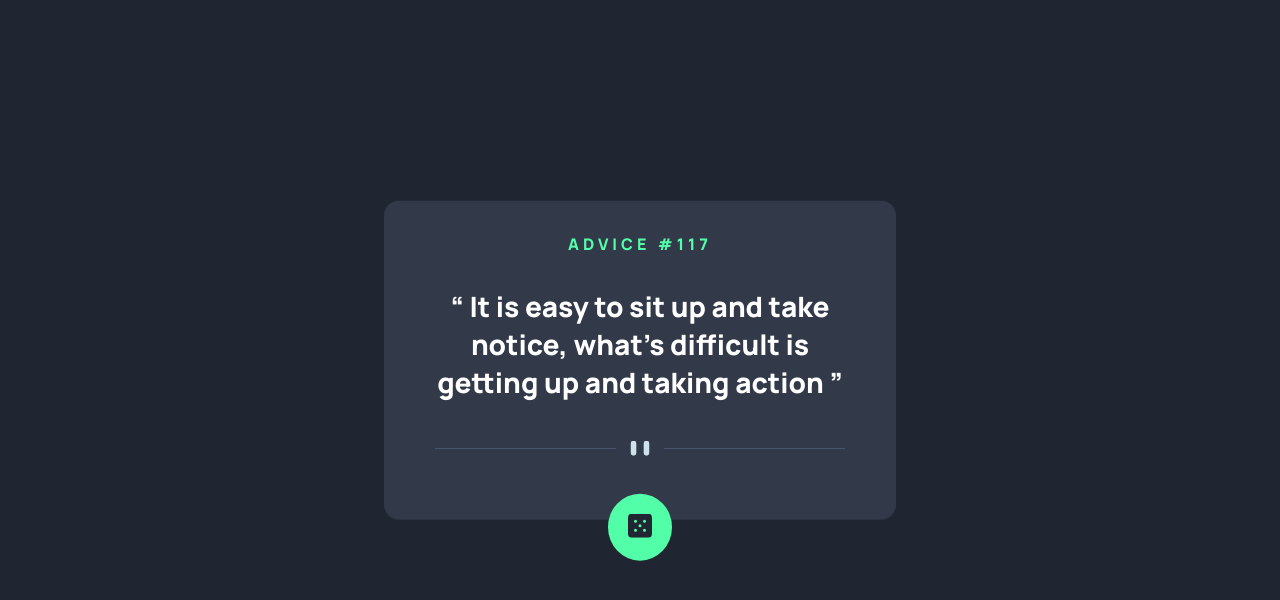
Repository: WindOfCodes/advice-generator-app
Page: index.html
The author's editor kept a copy of each file at every save. The page is drawn from the files as they stood at one save, then again after a run of saves.
The browser window is 1280 px wide. The pictures show the whole page.

Above is the page before, as saved 2022-11-29 12:57:24.

After the next 6 saves:
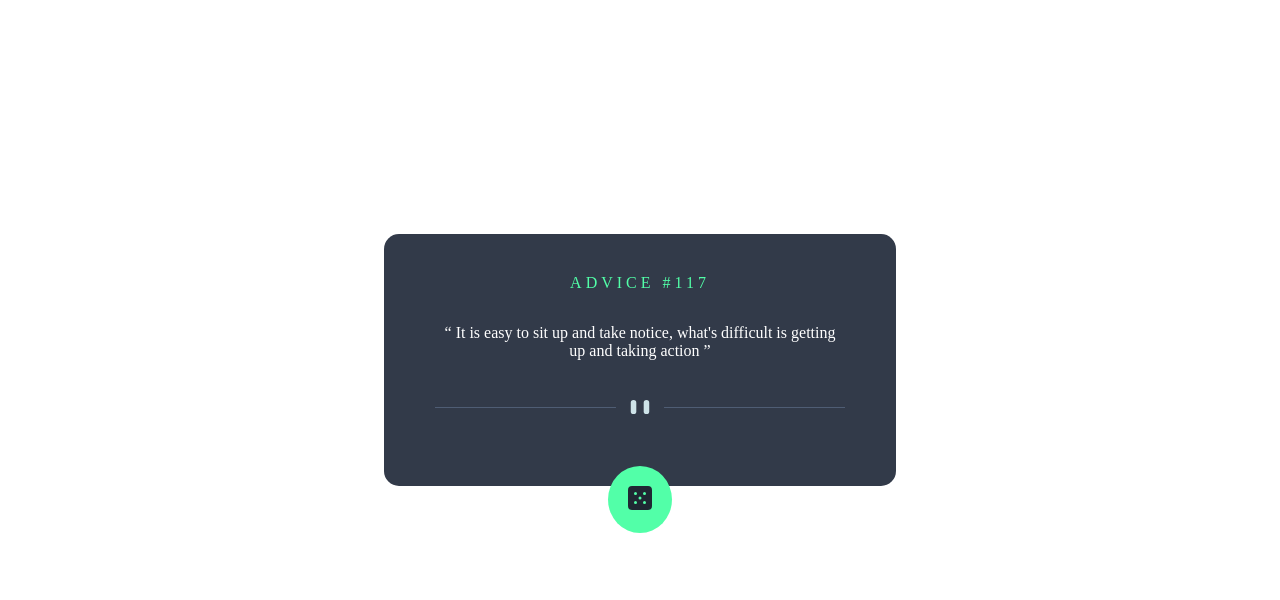
The 6 saves are shown as one change because they came seconds apart.
The last was saved 2 min 31 s later.
--- a/styles/main.css
+++ b/styles/main.css
@@ -1,5 +1,5 @@
 
-@import "./media.css";
+@import url("./media.css"); ;
 @import "./variables.css";
 
 body {

After the 4 saves that followed:
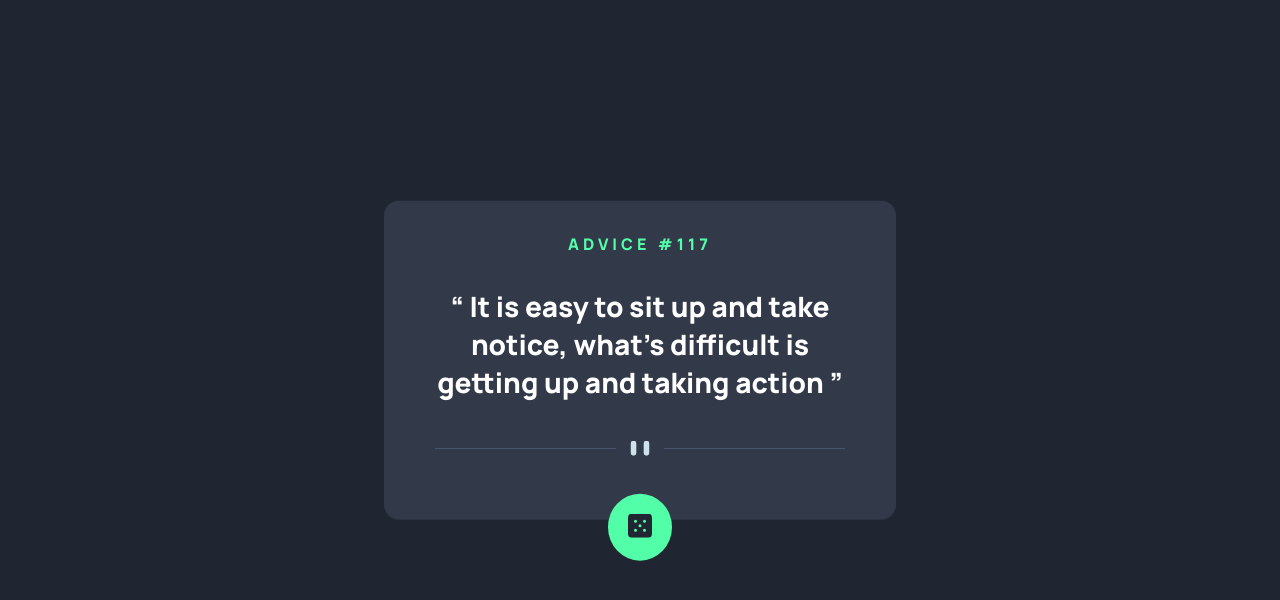
The 4 saves are shown as one change because 1 left the picture as it was and some came seconds apart.
The last was saved 14 s later.
--- a/styles/main.css
+++ b/styles/main.css
@@ -1,6 +1,5 @@
-
-@import url("./media.css"); ;
-@import "./variables.css";
+@import url("./media.css");
+@import url("./variables.css");
 
 body {
   font-family: "Manrope", sans-serif;
